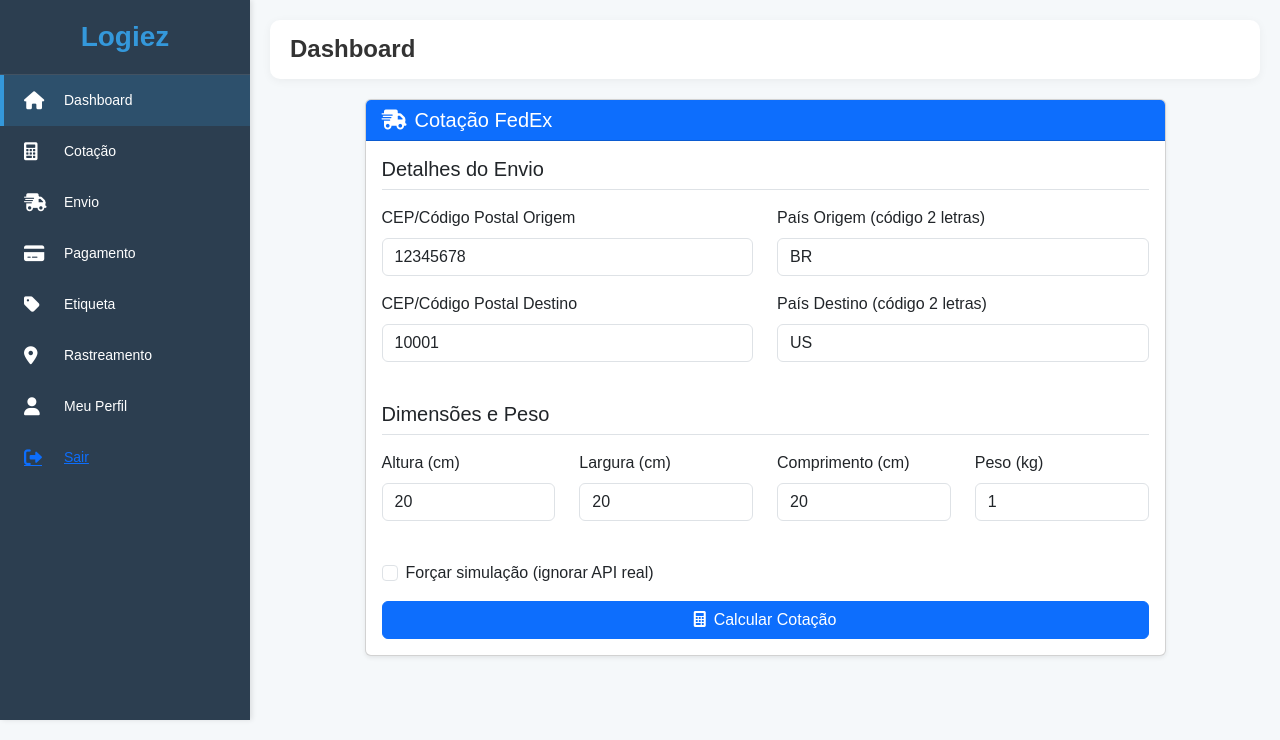
Repository: PedroPenhaa/mvl_logiez
Page: http://localhost/cotacao-fedex
An editor plug-in stored every save of this project. The page is shown before and after the next save, followed by the edit.
The browser window is 1280 px wide. The pictures show the whole page.
The page is served by the project's Laravel application, run on PHP 8.4 with Laravel 12.

Above is the page before, as saved 2025-03-23 22:14:01.

After the next save:
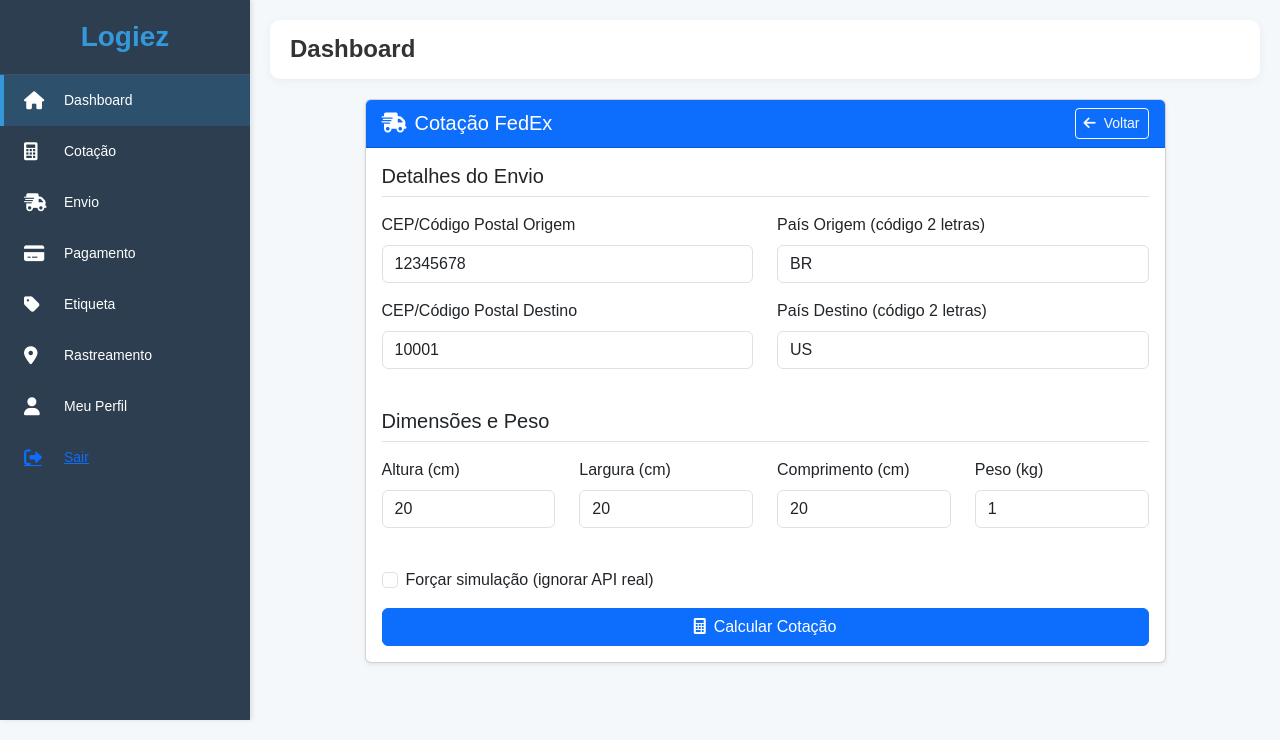
Saved 2 min 27 s later.
--- a/resources/views/cotacao-fedex.blade.php
+++ b/resources/views/cotacao-fedex.blade.php
@@ -5,10 +5,13 @@
     <div class="row justify-content-center">
         <div class="col-md-10">
             <div class="card shadow-sm">
-                <div class="card-header bg-primary text-white">
+                <div class="card-header bg-primary text-white d-flex justify-content-between align-items-center">
                     <h5 class="mb-0">
                         <i class="fas fa-shipping-fast me-2"></i>Cotação FedEx
                     </h5>
+                    <a href="{{ url('/dashboard') }}" class="btn btn-sm btn-outline-light">
+                        <i class="fas fa-arrow-left me-1"></i> Voltar
+                    </a>
                 </div>
                 <div class="card-body">
                     @if ($errors->any())
@@ -159,11 +162,11 @@
                             <p class="mb-0"><strong>Data da Consulta:</strong> {{ $resultado['dataConsulta'] ?? date('Y-m-d H:i:s') }}</p>
 
                             <div class="d-flex gap-2">
-                                <a href="#" onclick="window.print();" class="btn btn-outline-secondary">
+                                <button onclick="window.print();" class="btn btn-outline-secondary">
                                     <i class="fas fa-print me-2"></i>Imprimir
-                                </a>
-                                <a href="{{ url('/exportar-cotacao-pdf') }}?{{ http_build_query(['dados' => $dados ?? [], 'hash' => md5(json_encode($resultado ?? []))]) }}"
-                                   class="btn btn-primary" target="_blank">
+                                </button>
+                                <a href="{{ url('/exportar-cotacao-pdf') }}?hash={{ md5(json_encode($resultado ?? [])) }}"
+                                   class="btn btn-danger" target="_blank">
                                     <i class="fas fa-file-pdf me-2"></i>Baixar PDF
                                 </a>
                             </div>
@@ -175,4 +178,16 @@
         </div>
     </div>
 </div>
+
+<style>
+    @media print {
+        .card-header, form, .btn, .sidebar, .toggle-sidebar {
+            display: none !important;
+        }
+        .main-content {
+            margin-left: 0 !important;
+            width: 100% !important;
+        }
+    }
+</style>
 @endsection
